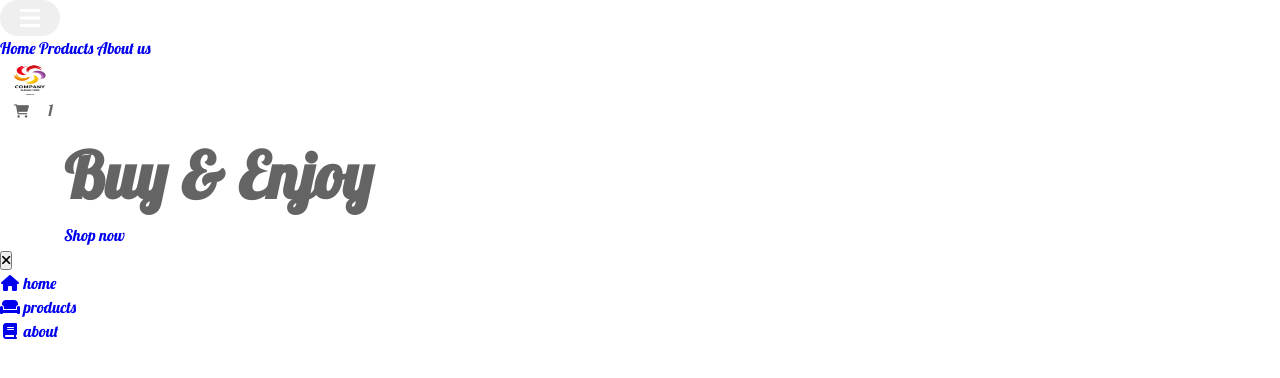
Repository: tetlisna/myprojectJS2
Page: index.html
These files come from the project's save history. The page is drawn as it stood at one moment and after the next save; the edit follows.
The browser window is 1280 px wide. The pictures show the whole page.
Some web fonts or font styles are not loaded; a fallback is used.

Above is the page before, as saved 2022-09-04 19:49:14.

After the next save:
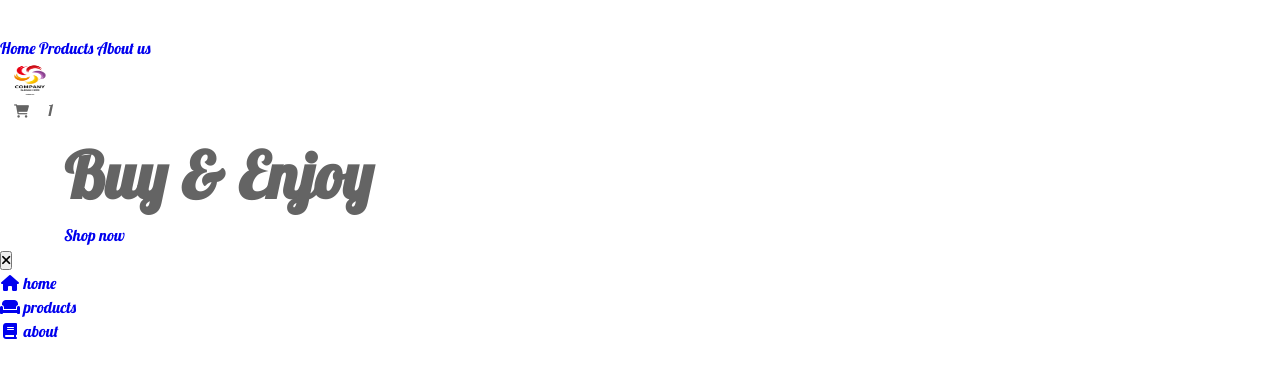
Saved 9 s later.
--- a/css/style.css
+++ b/css/style.css
@@ -77,7 +77,7 @@ p {
     color: var(--dark-grey);
   } */
 .nav-logo {
-    /* background: var(--clr-primary-5); */
+    background: var(--clr-primary-5);
     border-color: transparent;
     color: var(--white-bg);
     width: 3.75rem;
